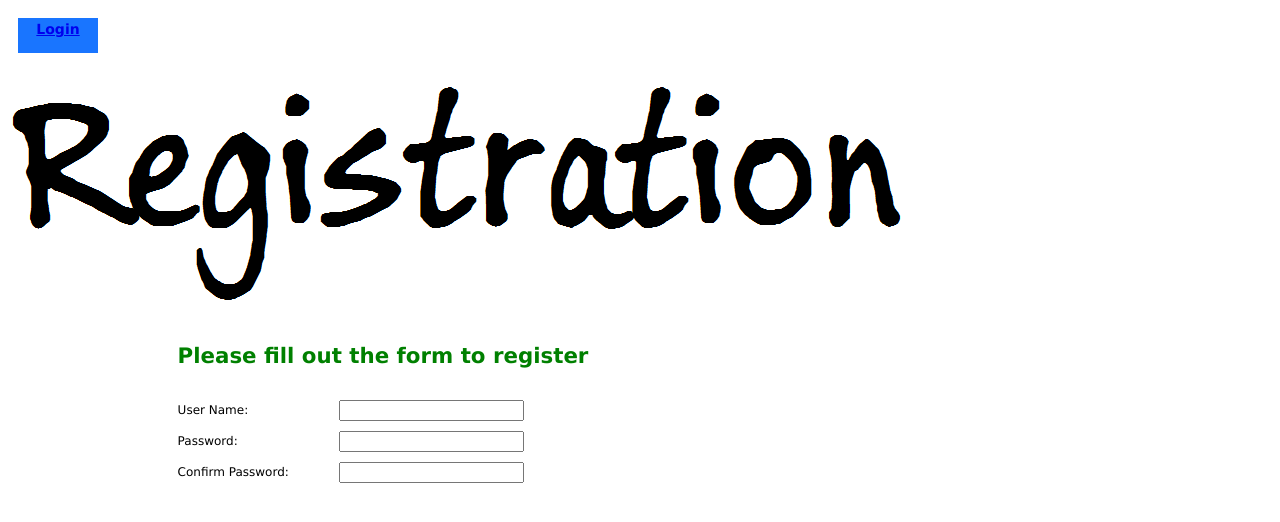
Repository: jliu9000/CSE-464---Flight-Pages
Page: http://localhost/HW1/Registration.jsp
These files come from the project's save history. The page is drawn as it stood at one moment and after the next save; the edit follows.
The browser window is 1280 px wide. The pictures show the whole page.
Some web libraries are served in a nearby version. The page is served by Tomcat 9. Other server files are loaded and not shown.

Above is the page before, as saved 2014-09-25 02:16:03.

### HW1/WebContent/Registration.jsp
<%@ page language="java" contentType="text/html; charset=ISO-8859-1"
    pageEncoding="ISO-8859-1"%>
<!DOCTYPE html PUBLIC "-//W3C//DTD HTML 4.01 Transitional//EN" "http://www.w3.org/TR/html4/loose.dtd">
<html>
<head>
<script src="http://ajax.googleapis.com/ajax/libs/jquery/1.11.1/jquery.min.js"></script>
<link rel="stylesheet" type="text/css" href="./CSS/Styles.css">
<meta http-equiv="Content-Type" content="text/html; charset=ISO-8859-1">
<title>Registration</title>


</head>
<body>
	<div id='sidebar' class='sidebar'>
	    <script>
            $("#sidebar").load("sidebar.html");
        </script>
	</div>

	<div style="width:750px">
		<img src="./Images/Registration.png" alt="Login Page" align="middle">

		<form action="Registration" method="GET" onsubmit="return formSubmit();">
			<table class="center">

				<tr>
					<td colspan="2">

					</td>
				</tr>

				<tr>
					<td colspan="2" align="center"><p class="TableHeader">Please fill out the form to register</p></td>

				</tr>
				<tr>
					<td align="right">User Name:</td>
					<td><input type="text" id="txtUserName" name="UserName"></td>
				</tr>
				<tr>
					<td align="right">Password:</td>
					<td><input type="password" id="txtPassword" name="Password"></td>
				</tr>
				<tr>
					<td align="right">Confirm Password:</td>
					<td><input type="password" id="txtConfirmPassword"></td>
				</tr>
				<tr>
					<td colspan="2" align="center"><label id="lblErrorMessage" style="visibility:hidden" ><font color="red" >Your Passwords do not match, Please Re enter them</font></label></td>
				</tr>
				<tr>

					<td></td>

					<td align="left">

							<input type="submit" id="btnSubmitButton" name="btnSubmitButton" value="Submit" style="display:hidden"  />

					</td>
				</tr>

			</table>
		</form>
	</div>
</body>

<script type="text/javascript">
		var typingTimer;
		var doneTypingInterval = 500;

		$("#btnSubmitButton").hide();


	function checkEquality(){
		var password = document.getElementById('txtPassword').value;
		var confirmpassword = document.getElementById('txtConfirmPassword').value;
		var submitButton = document.getElementById('btnSubmitButton');
		var errorLabel = document.getElementById('lblErrorMessage');



		if (!(confirmpassword.toLowerCase()=== password.toLowerCase())){
			errorLabel.style.visibility = "visible";
			$("#btnSubmitButton").hide();

		}
		else{
			errorLabel.style.visibility = "hidden";
			$("#btnSubmitButton").show();
		}

	}//end checkEquality


	$('#txtConfirmPassword').keyup(function(){
	    clearTimeout(typingTimer);
	    typingTimer = setTimeout(checkEquality, doneTypingInterval);
	});

	$('#txtPassword').keyup(function(){
	    clearTimeout(typingTimer);
	    typingTimer = setTimeout(checkEquality, doneTypingInterval);
	});


	function formSubmit(){
		var password = document.getElementById('txtPassword').value;
		var confirmpassword = document.getElementById('txtConfirmPassword').value;
		var userName = document.getElementById('txtUserName').value;
		if (!(/\S/.test(password)) || !(/\S/.test(confirmpassword)) || !(/\S/.test(userName))){
			alert("The Form is not correct, please make sure you have a valid user name , and matching passwords");
			return false;
		}else return true;

	}

</script>

</html>

### HW1/WebContent/CSS/Styles.css
@CHARSET "ISO-8859-1";


table.center{
	margin-left:auto;
    margin-right:auto;
}
.TableHeader{
	font-weight:bold;
	color: Green;
	font-size:16pt;
}
.GlobalHeader{
	color:White;
	vertical-align: bottom;
	background-color:blue;
	height:50px;
	width:850px;
	margin-left: auto;
    margin-right: auto;
}
.HeaderDiv{
	height:100%;
}

### HW1/WebContent/sidebar.html
<!DOCTYPE html PUBLIC "-//W3C//DTD HTML 4.01 Transitional//EN" "http://www.w3.org/TR/html4/loose.dtd">
<html>
<head>
<meta http-equiv="Content-Type" content="text/html; charset=ISO-8859-1">
<link rel="stylesheet" type="text/css" href="CSS/FlightStyles.css">



</head>
<body>



		<ul class="sidebar">
			<li><a href="Login.jsp">Login</a></li>
			<li> </li>
			<li> </li>
			<li> </li>
			<li><a href="FlightSearch.jsp">Home</a></li>
			<li><a href="BookingHistory.jsp">Booking History</a></li>
			<li></li>
		</ul>


</body>
</html>

### HW1/WebContent/CSS/FlightStyles.css
@CHARSET "ISO-8859-1";

body {
	font-family: "Verdana";
	font-size:12px;

}

div.sidebar {
	color:white;
	border-style:none;
	float:left;
	text-align:center;
	width: 110px;
}
div.main {
	float: left;
}

ul {
	font-size:14px;
	list-style-type: none;
	margin: 5px;
    padding: 5px;
	width: 80px;
	height: 25px;
	float: center;
	text-align: center;
}

a.sidebar {
	font-weight:bold;
	color:white;
	display: block;
}

a:visited {
	font-weight:bold;
    color:gray;
}


a:hover {
	font-weight:bold;
    color:red;
}

li {
	background-color:#1975FF;
	font-weight:bold;
	padding:3px;
}

p {
    font-size: 12px;

}

p.PageTitle {
    font-size: 20px;
    color: #1975FF;
    font-weight: bold;
}

p.subheading {

	font-size: 16px;
	color: #5858DA;
}

p.message {
	color: red;
	text-align: center;
}

table {


}

th {
    background-color: #1975FF;
    color: white;
    padding: 4px;
    padding-left: 8px;
	padding-right: 8px;

}

tr {
}

tr.repeatalt {

	padding: 2px;
	padding-left: 5px;
	padding-right: 5px;
	background-color: #E6E6E6;

}

tr.repeat {
	padding: 2px;
	padding-left: 5px;
	padding-right: 5px;

}

td.button{
	text-align: center;
}

td{
	text-align: left;
	padding: 4px;

}

td.key{
	font-weight: bold;
}




#login {
    font-size:12px;
}

After the next save:
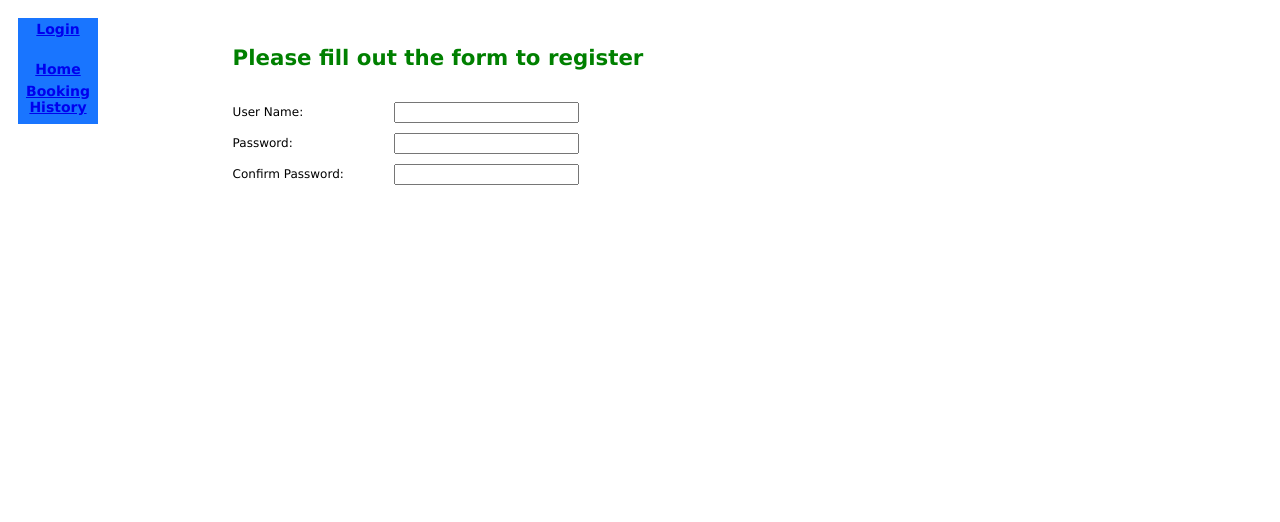
Saved 116 s later.
--- a/HW1/WebContent/Registration.jsp
+++ b/HW1/WebContent/Registration.jsp
@@ -18,7 +18,7 @@
 	</div>
 
 	<div style="width:750px">
-		<img src="./Images/Registration.png" alt="Login Page" align="middle">
+
 
 		<form action="Registration" method="GET" onsubmit="return formSubmit();">
 			<table class="center">
